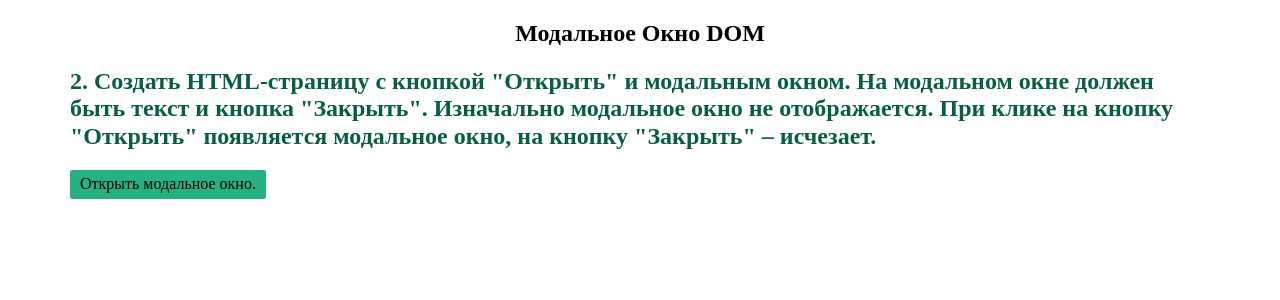
Repository: NastyaGavrilova/Beetroot-js
Page: HW7/modalWindow/modal.html
These files come from the project's save history. The page is drawn as it stood at one moment and after the next save; the edit follows.
The browser window is 1280 px wide. The pictures show the whole page.

Above is the page before, as saved 2021-10-25 14:48:13.

### HW7/modalWindow/modal.html
<!DOCTYPE html>
<html lang="en">
  <head>
    <meta charset="UTF-8" />
    <meta http-equiv="X-UA-Compatible" content="IE=edge" />
    <meta name="viewport" content="width=device-width, initial-scale=1.0" />
    <link
      rel="stylesheet"
      href="https://cdnjs.cloudflare.com/ajax/libs/normalize/8.0.1/normalize.min.css"
      integrity="sha512-NhSC1YmyruXifcj/KFRWoC561YpHpc5Jtzgvbuzx5VozKpWvQ+4nXhPdFgmx8xqexRcpAglTj9sIBWINXa8x5w=="
      crossorigin="anonymous"
      referrerpolicy="no-referrer"
    />
    <link rel="stylesheet" href="./modal.css" />
    <title>Modal Window DOM</title>
  </head>
  <body>
    <header class="c-header">
      <div class="c-header__wrapper">
        <h2>Модальное Окно DOM</h2>
      </div>
    </header>
    <!-- Триггер/Открыть модальный -->
    <div class="c-task">
      <div class="c-task__wrapper">
        <div class="c-task__tite">
          <h4>
            2. Создать HTML-страницу с кнопкой "Открыть" и модальным окном. На
            модальном окне должен быть текст и кнопка "Закрыть". Изначально
            модальное окно не отображается. При клике на кнопку "Открыть"
            появляется модальное окно, на кнопку "Закрыть" – исчезает.
          </h4>
        </div>
        <button id="js-btn">Открыть модальное окно.</button>
      </div>
    </div>

    <!-- Модальный -->
    <div id="js-modal-window" class="modal-window">
      <!-- Модальное содержание -->
      <div class="modal-content">
        <p>
          Модальное окно в графическом интерфейсе пользователя — окно, которое
          блокирует работу пользователя с родительским приложением до тех пор,
          пока пользователь это окно не закроет. Модальными преимущественно
          реализованы диалоговые окна.
        </p>

        <button id="js-btn-close" class="close">Закрыть.</button>
      </div>
    </div>
    <script src="./modal.js"></script>
  </body>
</html>

### HW7/modalWindow/modal.css
* {
  box-sizing: border-box;
  padding: 0;
  margin: 0;
}
body {
  max-width: 1200px;
  margin: 0 auto;
}
.c-header__wrapper {
  margin: 20px 0;
  text-align: center;
}

.c-task__wrapper {
  padding: 0 30px;
}

.c-task__tite {
  margin-bottom: 20px;
}

h4 {
  color: rgb(7, 94, 65);
  font-size: 24px;
  font-weight: bold;
}
/* Модальный (фон) */
.modal-window {
  display: none; /* Скрыто по умолчанию */
  position: fixed; /* Оставаться на месте */
  z-index: 1; /* Сидеть на вершине */
  left: 0;
  top: 0;
  width: 100%; /* Полная ширина */
  height: 100%; /* Полная высота */
  overflow: auto; /* Включите прокрутку, если это необходимо */
  background-color: rgb(0, 0, 0); /* Цвет запасной вариант */
  background-color: rgba(0, 0, 0, 0.4); /* Черный с непрозрачностью */
}

#js-btn,
#js-btn-close {
  border: none;
  padding: 5px 10px;
  background-color: rgb(37, 177, 130);
  border-radius: 2px;
  cursor: pointer;
}

/* Модальное содержание/коробка */
.modal-content {
  background-color: #fefefe;
  margin: 15% auto; /* 15% сверху и по центру */
  padding: 20px;
  border: 4px solid rgb(37, 177, 130);
  max-width: 600px;
  width: 100%; /* Может быть больше или меньше, в зависимости от размера экрана */
  display: flex;
  flex-direction: column;
}
p {
  color: rgb(12, 107, 76);
  font-size: 21px;
  text-align: center;
}
/* Кнопка закрытия */
.close {
  color: rgb(53, 51, 51);
  /* float: right; */
  margin: 10px auto;
  text-align: center;
  font-size: 20px;
  font-weight: bold;
}

.close:hover,
.close:focus {
  color: black;
  text-decoration: none;
  cursor: pointer;
}

### HW7/modalWindow/modal.js
// Получить модальный
let modal = document.getElementById("js-modal-window");

// Получить кнопку, которая открывает модальный
let btn = document.getElementById("js-btn");

// Получить элемент <span>, который закрывает модальный
let btnClose = document.getElementsByClassName("close")[0];

// Когда пользователь нажимает на кнопку, откройте модальный
btn.onclick = function () {
  modal.style.display = "block";
};

// Когда пользователь нажимает на <span> (x), закройте модальное окно
btnClose.onclick = function () {
  modal.style.display = "none";
};

// Когда пользователь щелкает в любом месте за пределами модального, закройте его
window.onclick = function (event) {
  if (event.target == modal) {
    modal.style.display = "none";
  }
};

After the next save:
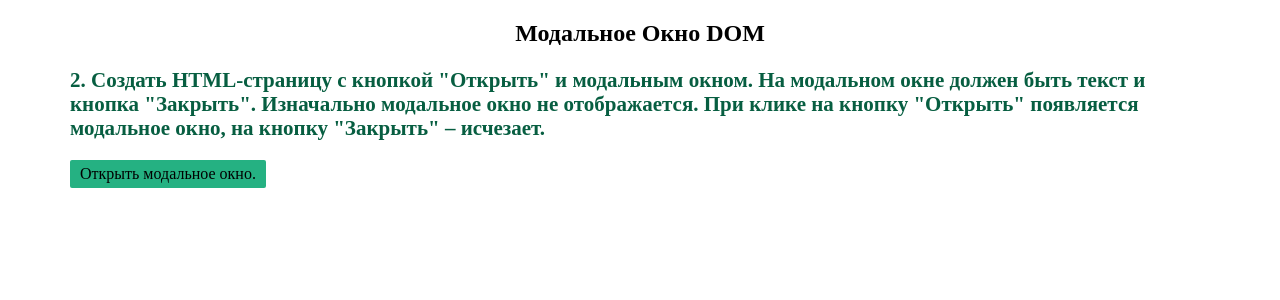
Saved 7 s later.
--- a/HW7/modalWindow/modal.css
+++ b/HW7/modalWindow/modal.css
@@ -22,7 +22,7 @@ body {
 
 h4 {
   color: rgb(7, 94, 65);
-  font-size: 24px;
+  font-size: 21px;
   font-weight: bold;
 }
 /* Модальный (фон) */
